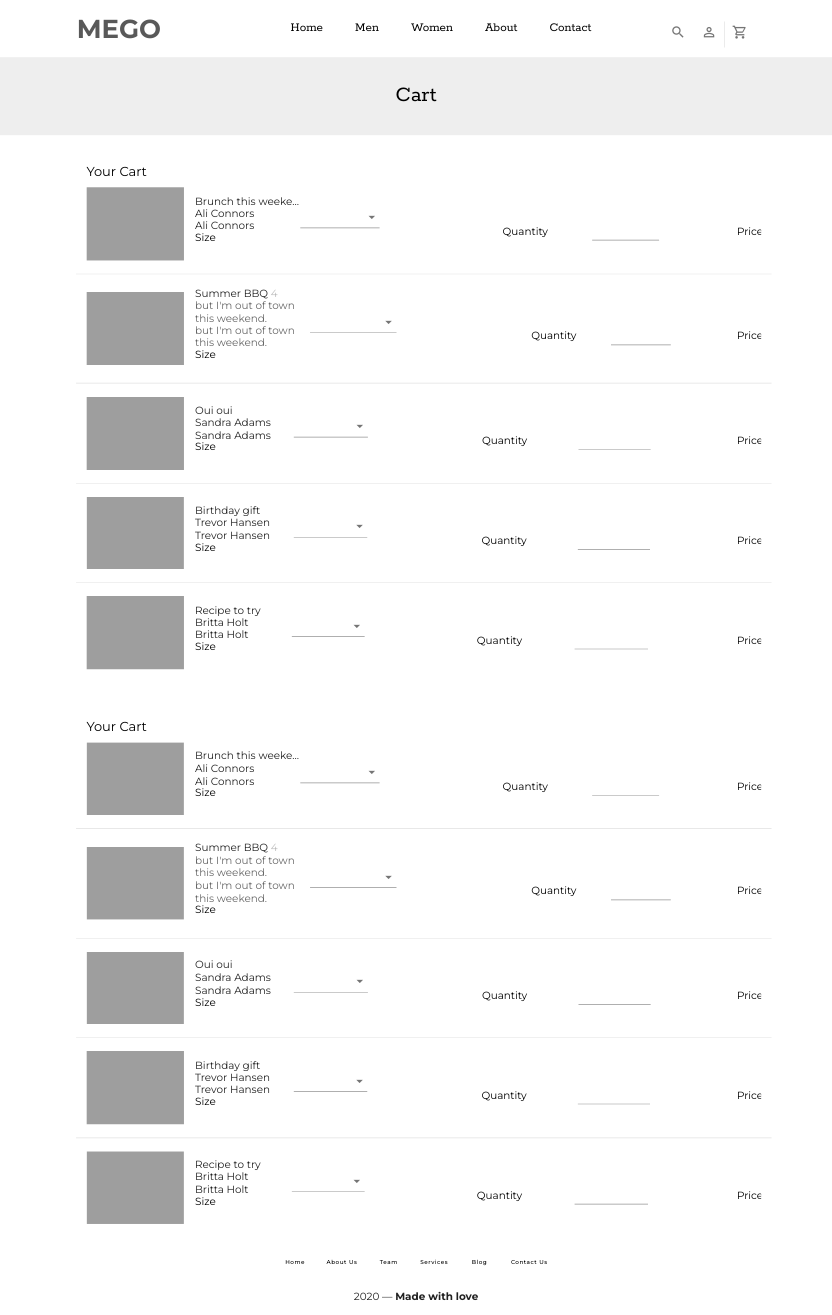
Repository: nguyenphuong152/mego-frontend
Page: /cart (app in frontend/)
An editor plug-in stored every save of this project. The page is shown before and after the next save, followed by the edit.
The browser window is 1280 px wide. The pictures show the whole page, at 65% of full size.
Pictures or frames that could not be fetched are drawn as grey boxes. The project was rebuilt for these pictures with package versions that can differ from the ones it lists, and the page was loaded fresh each time. Also part of the build but not shown: frontend/vue.config.js, frontend/src/components/Customer/Collection.vue, frontend/src/components/Customer/Banner.vue, frontend/src/components/Customer/BestSeller.vue, frontend/src/components/Customer/Partner.vue, frontend/src/views/Customer/Home.vue, frontend/src/components/Customer/ProductCategory.vue, frontend/src/components/Customer/ProductView.vue and 10 more. Imported but missing from the stored project, and not drawn on this page: frontend/src/views/Admin/Category.vue, frontend/src/views/Admin/ManageProduct.vue, frontend/src/views/Admin/ManageUser.vue, frontend/src/views/Admin/OrderList.vue.

Above is the page before, as saved 2020-11-26 16:49:57.

### frontend/public/index.html
<!DOCTYPE html>
<html lang="en">
  <head>
    <meta charset="utf-8">
    <head>
      <title>MEGO</title>
    </head>
    <meta http-equiv="X-UA-Compatible" content="IE=edge">
    <meta name="viewport" content="width=device-width,initial-scale=1.0">
    <link rel="icon" href="<%= BASE_URL %>favicon.ico">
    <title><%= htmlWebpackPlugin.options.title %></title>
    <link href="https://fonts.googleapis.com/css?family=Montserrat:300,400,500,600,700" rel="stylesheet">
    <link href="https://fonts.googleapis.com/css?family=Rokkitt:100,300,400,700" rel="stylesheet">
    <link rel="stylesheet" href="https://fonts.googleapis.com/css?family=Roboto:100,300,400,500,700,900">
    <link rel="stylesheet" href="https://cdn.jsdelivr.net/npm/@mdi/font@latest/css/materialdesignicons.min.css">
  </head>
  <body>
    <noscript>
      <strong>We're sorry but <%= htmlWebpackPlugin.options.title %> doesn't work properly without JavaScript enabled. Please enable it to continue.</strong>
    </noscript>
    <div id="app"></div>
    <!-- built files will be auto injected -->
  </body>
</html>

### frontend/src/main.js
import Vue from 'vue'
import App from './App.vue'
import vuetify from './plugins/vuetify';
import router from './router'
import '../sass/style.scss'
import 'bootstrap/dist/css/bootstrap.css'
import 'bootstrap-vue/dist/bootstrap-vue.css'
import { BootstrapVue, IconsPlugin } from 'bootstrap-vue'

Vue.use(BootstrapVue)
// Optionally install the BootstrapVue icon components plugin
Vue.use(IconsPlugin)
Vue.config.productionTip = false

new Vue({
  vuetify,
  router,
  render: h => h(App)
}).$mount('#app')

### frontend/src/App.vue
<template>
  <v-app app>
    <v-container v-if="!['Admin', 'Banner', 'Category','Product','ManageUser','OrderList','Dashboard'].includes($route.name)">
      <Toolbar />
    </v-container>
    <v-main>
      <router-view></router-view>
    </v-main>
      <Footer v-if="!['Admin', 'Banner', 'Category','Product','ManageUser','OrderList','Dashboard'].includes($route.name)"/>
  </v-app>

</template>

<script>

import Footer from "./components/Customer/Footer";
import Toolbar from "./components/Customer/Toolbar";

export default {
  name: "App",

  components: {
    Toolbar,
    Footer
  },

  data: () => ({
    //
  }),
};
</script>

### frontend/src/plugins/vuetify.js
import Vue from 'vue';
import Vuetify from 'vuetify/lib';


Vue.use(Vuetify);

const vuetify = new Vuetify({
    theme: {
      themes: {
        light: {
          primary: '#000',
          secondary: '#b0bec5',
          accent: '#8c9eff',
          error: '#b71c1c',
        },
      },
    },
  })

export default new Vuetify({
    vuetify,
});

### frontend/src/router/index.js
import Vue from "vue";
import VueRouter from "vue-router";
import Home from "../views/Customer/Home.vue";
import Men from "../views/Customer/Men.vue";
import Women from "../views/Customer/Women.vue";
import Admin from "../views/Admin/Admin.vue";
import Product from "../views/Admin/ManageProduct.vue";
import Banner from "../views/Admin/Banner.vue";
import Category from "../views/Admin/Category.vue";
import ManageUser from "../views/Admin/ManageUser.vue";
import OrderList from "../views/Admin/OrderList.vue";
import Dashboard from "../views/Admin/Dashboard.vue"
//import ProductDetail from "../views/ProductDetail.vue"

Vue.use(VueRouter);

const routes = [
  {
    path: "/",
    name: "Home",
    component: Home,
  },
  {
    path: "/men",
    name: "Men",
    component: Men,
  },
  {
    path: "/women",
    name: "Women",
    component: Women,
  },
  {
    path: "/about",
    name: "About",
    // route level code-splitting
    // this generates a separate chunk (about.[hash].js) for this route
    // which is lazy-loaded when the route is visited.
    component: () =>
      import(/* webpackChunkName: "about" */ "../views/Customer/About.vue"),
  },
  {
    path: "/contact",
    name: "Contact",
    component: () =>
      import(/* webpackChunkName: "about" */ "../views/Customer/Contact.vue"),
  },
  {
    path: "/cart",
    name: "Cart",
    component: () =>
      import(/* webpackChunkName: "about" */ "../views/Customer/Cart.vue"),
  },
  {
    path: "/account",
    name: "Account",
    component: () =>
      import(/* webpackChunkName: "about" */ "../views/Customer/Account.vue"),
  },
  {
    path: "/userlogin",
    name: "UserLogin",
    component: () =>
      import(/* webpackChunkName: "about" */ "../views/Customer/UserLogin.vue"),
  },
  {
    path: "/checkout",
    name: "Checkout",
    component: () =>
      import(/* webpackChunkName: "about" */ "../views/Customer/Checkout.vue"),
  },
  {
    path: "/product/:id",
    name: "ProductDetail",
    component: () =>
      import(/* webpackChunkName: "about" */ "../views/Customer/ProductDetail.vue"),
  },
  {
    path: "/admin",
    name: "Admin",
    component: Admin,
    children: [
      {
        path: "/banner",
        name: "Banner",
        component: Banner,
      },
      {
        path: "/category",
        name: "Category",
        component: Category,
      },
      {
        path: "/product",
        name: "Product",
        component: Product,
      },
      {
        path: "/manageuser",
        name: "ManageUser",
        component: ManageUser,
      },
      {
        path: "/orderlist",
        name: "OrderList",
        component: OrderList,
      },
      {
        path: "/dashboard",
        name: "Dashboard",
        component: Dashboard,
      },
    ],
  },
];

const router = new VueRouter({
  mode: "history",
  base: process.env.BASE_URL,
  routes,
});

export default router;

### frontend/sass/style.scss

$font-primary: 'Montserrat',
Arial,
sans-serif;
$font-secondary: 'Rokkitt',
Georgia,
serif;


@import '~vuetify/src/styles/styles.sass';

// Overrides
$grid-gutter-width: 20px !default;
$border-radius-base: 4px !default;
$padding-base-vertical: 14px !default;

$brand-primary: #616161 !default;
$brand-secondary: #88c8bc !default;
$brand-yellow: #FFDD00 !default;
$brand-footer-color: #2C2E3E;

$brand-white: #fff;
$brand-black: #000;
$brand-darker: #444;
$brand-gray: #ccc;
$brand-lighter: #e9e9e9;
$brand-body-color: #e8e8e8;
$brand-selection-color: #f9f6f0;
$brand-overlay-color: #4c4a8a;
$brand-bg-color: $brand-white;

.v-btn {
  text-transform:none !important;
}
// .v-text-field{
//   width: 50px;
//   height: 10px;
// }

#app {
  -webkit-font-smoothing: antialiased;
  -moz-osx-font-smoothing: grayscale;

  text-align: center;
  .container {
    max-width: 1100px;
  }
  font: 300
}

.nav {
  padding-left: 0px;
  a {
    font-size: 20px;
    color: lighten($brand-black,35%);
    font-family: $font-secondary;
    text-decoration: none;
    font-weight: 500;
    &.router-link-exact-active {
      color: #42b983;
    }

  }
}

#logo {
  font-size: 40px;
  font-weight: 700;
  font-family: $font-primary;
  color: lighten($brand-black, 35%);
}


.slogan {
  font-size: 50px;
  color: #2c3e50;
  font-family: $font-secondary;
  text-decoration: none;
}

.title-collection{
  @extend .slogan;
  font-size: 25px;
}


.slogan-3 {
  @extend .slogan;
  font-size: 35px;
}

.title-shoes {
  @extend .slogan;
  font-size: 20px;
}


.footer-text {
  font-family:$font-primary;
  font-size: 16px;
}

.admin {
  font-family: $font-primary;
  font-size:16px;
}

.admin-nav {
  font-family: $font-primary !important;
  font-size: 20px !important;
  color: white !important;
}

### frontend/src/components/Customer/Footer.vue
<template>
  <v-footer class="white" padless>
    <v-row justify="center" no-gutters>
      <v-btn
        v-for="link in links"
        :key="link"
        color="black"
        text
        rounded
        class="my-2 footer-text"
      >
        {{ link }}
      </v-btn>
      <v-col class="white py-4 text-center fluid footer-text" cols="12">
        {{ new Date().getFullYear() }} — <strong>Made with love</strong>
      </v-col>
    </v-row>
  </v-footer>
</template>

<script>
export default {
  data: () => ({
    links: ["Home", "About Us", "Team", "Services", "Blog", "Contact Us"],
  }),
};
</script>

<style></style>

### frontend/src/components/Customer/Toolbar.vue
<template>
  <v-toolbar flat>
    <v-row class="d-flex align-baseline">
      <v-col cols="3" class="d-flex justify-lg-start">
        <v-toolbar-title id="logo">MEGO</v-toolbar-title>
      </v-col>
      <v-col class="d-flex justify-space-around text-start nav">
        <router-link to="/">Home</router-link>
        <router-link to="/men">Men</router-link>
        <router-link to="/women">Women</router-link>
        <router-link to="/about">About</router-link>
        <router-link to="/contact">Contact</router-link>
      </v-col>
      <v-col cols="2" class="d-flex justify-end">
        <v-btn icon>
          <v-icon>mdi-magnify</v-icon>
        </v-btn>
        <v-menu
          open-on-hover
          top
          offset-y
          :position-x="960"
          :position-y="230"
          absolute
        >
          <template v-slot:activator="{ on, attrs }">
            <v-btn icon v-bind="attrs" v-on="on">
              <v-icon>mdi-account-outline</v-icon>
            </v-btn>
          </template>

          <v-list class="text-start nav">
            <v-list-item v-for="(item, index) in routes" :key="index" :to="item.path">
              <v-list-item-title>{{ item.name }}</v-list-item-title>
            </v-list-item>
          </v-list>
        </v-menu>
        <v-divider vertical inset></v-divider>
        <v-btn icon @click="goToCart">
          <v-icon>mdi-cart-outline</v-icon>
        </v-btn>
      </v-col>
    </v-row>
  </v-toolbar>
</template>

<script>
export default {
  data: () => ({
    routes: [
      {
        path:"/checkout",
        name:"Check Out"
       },
       {
        path:"/account",
        name:"My Account"
       },
       {
        path:"/userlogin",
        name:"User Login"
       },

    ],
  }),
  methods: {
     goToCart: function() {
     this.$router.push({name: 'Cart'})
     }
  }
};
</script>

<style></style>

### frontend/src/views/Customer/Cart.vue
<template>
  <div class="cart app">
   <v-sheet color="grey lighten-3" height="120">
      <v-container py-8>
        <a class="slogan-3">Cart</a>
      </v-container>
    </v-sheet>
     <div>
       <v-container>
 <v-row>
         <v-col>
<totalProducts/>
         </v-col>
   <v-col>
<totalProducts/>
         </v-col>
       </v-row>
       </v-container>

  </div>
  </div>
</template>

<script>

import totalProducts from '../../components/Customer/TotalProducts'


export default {
  components: {totalProducts},
   data () {

   }
}
</script>

### frontend/src/components/Customer/TotalProducts.vue
<template>
  <v-container class="app">
    <v-list three-line>
      <template v-for="(item, index) in items">
        <v-subheader
          class="admin-nav black--text"
          v-if="item.header"
          :key="item.header"
          v-text="item.header"
        ></v-subheader>

        <v-divider v-else-if="item.divider" :key="index"></v-divider>

        <v-list-item v-else :key="item.title">
          <v-img :src="item.avatar" max-height="150" max-width="150"></v-img>
          <v-list-item-content class="text-start ml-4">

            <v-row class="pl-4 d-flex align-center">
              <v-col class="pa-0 admin" cols="4">
                   <v-list-item-title
              v-html="item.title"
              class="admin"
            ></v-list-item-title>
            <v-list-item-subtitle
              class="admin"
              v-html="item.subtitle"
            ></v-list-item-subtitle>
            <v-list-item-subtitle
              class="admin"
              v-html="item.subtitle"
            ></v-list-item-subtitle>
                <a>Size</a>
              </v-col>
              <v-col class="pa-0 admin text-start " cols="3">
                <v-select :items="size"></v-select>
              </v-col>
            </v-row>
            <v-row class="pl-4 d-flex align-center">
              <v-col class="pa-0 admin " cols="4">
                <a>Quantity</a>
              </v-col>
              <v-col class="pa-0 admin" cols="3">
                <v-text-field single-line></v-text-field>
              </v-col>
              <v-col class="text-end admin">
                <a> Price</a>
              </v-col>
            </v-row>
          </v-list-item-content>
        </v-list-item>
      </template>
    </v-list>
  </v-container>
</template>

<script>
export default {
  data: () => ({
    items: [
      { header: "Your Cart" },
      {
        avatar: "https://cdn.vuetifyjs.com/images/lists/1.jpg",
        title: "Brunch this weekend?",
        subtitle: `<span class="text--primary">Ali Connors</span>`,
      },
      { divider: true, inset: true },
      {
        avatar: "https://cdn.vuetifyjs.com/images/lists/2.jpg",
        title: 'Summer BBQ <span class="grey--text text--lighten-1">4</span>',
        subtitle: `but I'm out of town this weekend.`,
      },
      { divider: true, inset: true },
      {
        avatar: "https://cdn.vuetifyjs.com/images/lists/3.jpg",
        title: "Oui oui",
        subtitle: '<span class="text--primary">Sandra Adams</span> ',
      },
      { divider: true, inset: true },
      {
        avatar: "https://cdn.vuetifyjs.com/images/lists/4.jpg",
        title: "Birthday gift",
        subtitle: '<span class="text--primary">Trevor Hansen</span> ',
      },
      { divider: true, inset: true },
      {
        avatar: "https://cdn.vuetifyjs.com/images/lists/5.jpg",
        title: "Recipe to try",
        subtitle: '<span class="text--primary">Britta Holt</span>',
      },
    ],
    size: ["Foo", "Bar", "Fizz", "Buzz"],
  }),
};
</script>

<style></style>

After the next save:
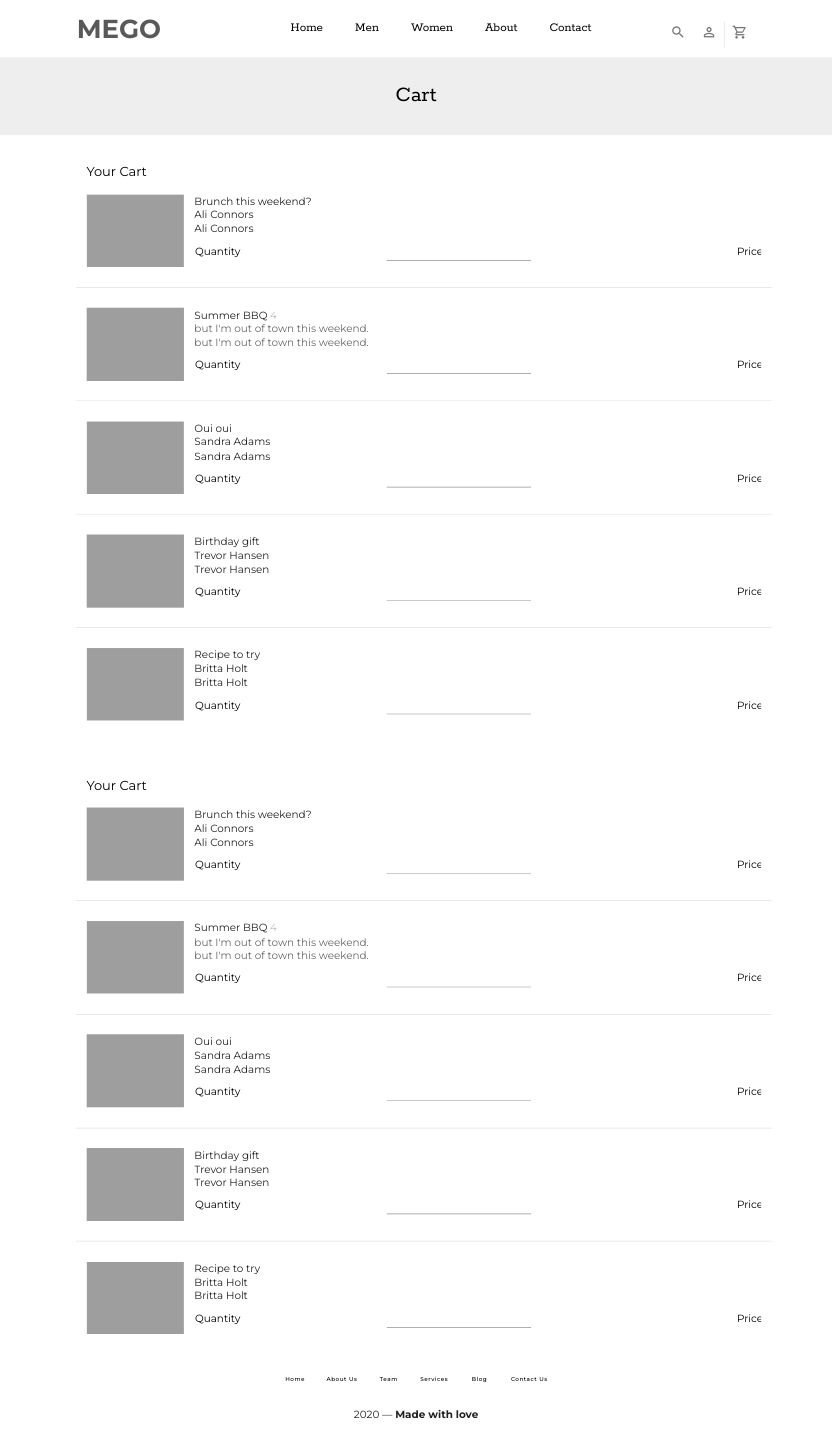
Saved 93 s later.
--- a/frontend/src/components/Customer/TotalProducts.vue
+++ b/frontend/src/components/Customer/TotalProducts.vue
@@ -14,10 +14,7 @@
         <v-list-item v-else :key="item.title">
           <v-img :src="item.avatar" max-height="150" max-width="150"></v-img>
           <v-list-item-content class="text-start ml-4">
-
-            <v-row class="pl-4 d-flex align-center">
-              <v-col class="pa-0 admin" cols="4">
-                   <v-list-item-title
+            <v-list-item-title
               v-html="item.title"
               class="admin"
             ></v-list-item-title>
@@ -29,12 +26,6 @@
               class="admin"
               v-html="item.subtitle"
             ></v-list-item-subtitle>
-                <a>Size</a>
-              </v-col>
-              <v-col class="pa-0 admin text-start " cols="3">
-                <v-select :items="size"></v-select>
-              </v-col>
-            </v-row>
             <v-row class="pl-4 d-flex align-center">
               <v-col class="pa-0 admin " cols="4">
                 <a>Quantity</a>
